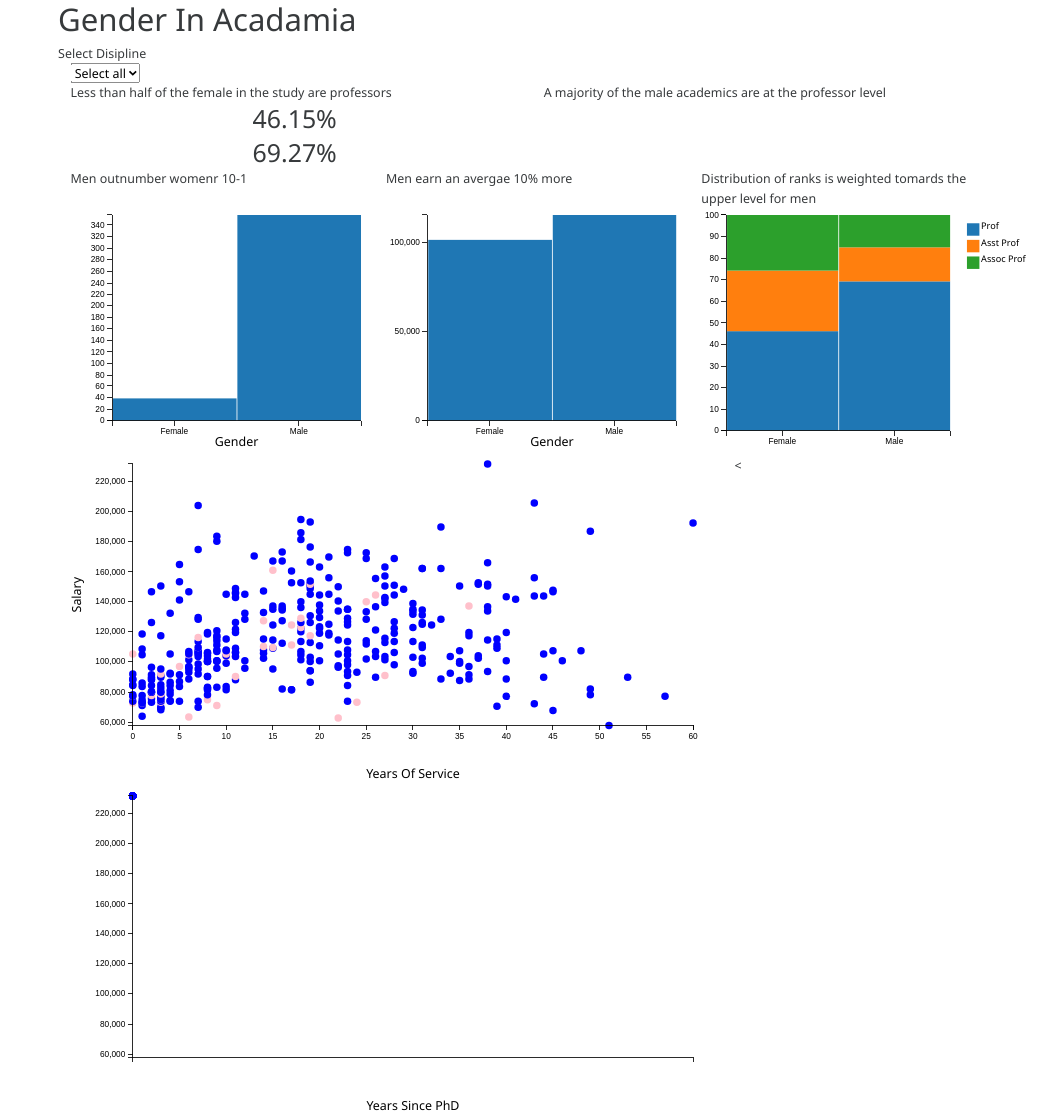
Repository: Angie55/dashboard-mini-project
Page: index.html
The author's editor kept a record of every edit. The page is drawn from the files as they stood at one moment, then again after the next edit.
The browser window is 1280 px wide. The pictures show the whole page, at 83% of full size.

Above is the page before.

### index.html
<!DOCTYPE html>
<html lang="en">
<head>
    <meta charset="UTF-8">
    <meta name="viewport" content="width=device-width, initial-scale=1.0">
    <meta http-equiv="X-UA-Compatible" content="ie=edge">
    <title>Gender In Academia</title>

    <link rel="stylesheet" href="static/css/bootstrap.min.css" type="text/css"/>
    <link rel="stylesheet" href="static/css/dc.min.css" type="text/css"/>
    <link rel="stylesheet" href="static/css/style.css" type="text/css"/>

    <script type="text/javascript" src="static/js/d3.min.js"></script>
    <script type="text/javascript" src="static/js/crossfilter.min.js"></script>
    <script type="text/javascript" src="static/js/dc.min.js"></script>
    <script type="text/javascript" src="static/js/queue.min.js"></script>
    <script type="text/javascript" src="static/js/graph.js"></script>
</head>
<body>
    <div class="container">

        <div class="row">
            <h1>Gender In Acadamia</h1>
        </div>

        <div class="row">
            <div class="col-md-offset-5">Select Disipline</div>
        </div>

        <div class="row">
            <div class="col-md-offset-5" id="discipline-selector"></div>
        </div>

        <div class="row">
            <div class="col-md-6">Less than half of the female in the study are professors</div>
            <div class="col-md-6">A majority of the male academics are at the professor level</div>
        </div>

        <div class="row">
            <div class="col-md-6 number-box " id="percent-of-women-professors"></div>
            <div class="col-md-6 number-box" id="percent-of-men-professors"></div>
        </div>

        <div class="row">
            <div class="col-md-4">Men outnumber womenr 10-1</div>
            <div class="col-md-4">Men earn an avergae 10% more</div>
            <div class="col-md-4">Distribution of ranks is weighted tomards the upper level for men</div>
        </div>

        <div class="row">
            <div class="col-md-4" id="gender-balance"></div>
            <div class="col-md-4" id="average-salary"></div>
            <div class="col-md-4" id="ranking-distribution"></div>
        </div>


        <div><
        <div id="service-salary"></div>
        </div>
        <div id="phd-salary"></div>

    </div>

</body>
</html>

### static/css/style.css
.number-box {
    font-size: 64px;
    text-align: center;
    line-height: normal;
}

.navbar-default {
	background-image: none;
	margin-bottom: 0;
}

.section-heading, #discipline-selector {
	display: inline-block;
	float: none;
	margin: 0;
}

.section-heading {
	margin-bottom: 50px;
}

#discipline-selector {
	margin-left: 15px;
}

.number-box {
	margin-right: 75px;
}

.number-box, .fa.fa-gender {
    font-size: 30px;
    font-weight: 500;
}

.fa-gender {
	margin-right: 10px;
}

.custom-chart {
	margin-bottom: 40px;
}

.section {
	border-bottom: 1px solid #e6e6e6;
	padding: 30px 0;
}

.section-paragraph {
	line-height: 1.2;
}

### static/js/graph.js
queue()
    .defer(d3.csv, 'data/Salaries.csv')
    .await(makeGraphs);

function makeGraphs(error, salaryData) {
    var ndx = crossfilter(salaryData);

    salaryData.forEach(function(d){
        d.salary = parseInt(d.salary);
        d.yrs_service = parseInt(d["yrs.since.phd"]);
        d.yrs_service = parseInt(d["yrs.service"]);
    });

    show_discipline_selector(ndx);

    show_percent_that_are_professors(ndx, "Female", "#percent-of-women-professors");
    show_percent_that_are_professors(ndx, "Male", "#percent-of-men-professors");

    show_gender_balance(ndx);
    show_average_salary(ndx);
    show_rank_distribution(ndx);

    show_service_to_salary_correlation(ndx);
    show_phd_to_salary_correlation(ndx);

    dc.renderAll();
}

function show_discipline_selector(ndx){
    var dim = ndx.dimension(dc.pluck('discipline'));
    var group = dim.group();

    dc.selectMenu('#discipline-selector')
    .dimension(dim)
    .group(group);
}


function show_percent_that_are_professors(ndx, gender, element) {
    var percentageThatAreProf = ndx.groupAll().reduce (
        function(p, v) {
            if (v.sex === gender) {
                p.count++;
                if (v.rank === 'Prof') {
                    p.are_prof++;
                }
            }
            return p;
        },
        function(p, v) {
            if (v.sex === gender) {
                p.count--;
                if (v.rank === "Prof") {
                    p.are_prof--;
                }
            }
            return p;
        },
        function () {
            return {count: 0, are_prof: 0}
        }
    );

    dc.numberDisplay(element)
    .formatNumber(d3.format('.2%'))
    .valueAccessor(function (d) {
            if (d.count == 0) {
                return 0;
            } else {
                return (d.are_prof / d.count);
            }
        })
        .group(percentageThatAreProf)
}


function show_gender_balance(ndx) {
    var dim = ndx.dimension(dc.pluck('sex'));
    var group = dim.group();

    dc.barChart('#gender-balance')
    .width(400)
    .height(300)
    .margins({top: 10, right: 50, bottom: 30, left: 50})
    .dimension(dim)
    .group(group)
    .transitionDuration(500)
    .x(d3.scale.ordinal())
    .xUnits(dc.units.ordinal)
    .xAxisLabel('Gender')
    .yAxis().ticks(20);
}

function show_average_salary(ndx) {
    var dim = ndx.dimension(dc.pluck('sex'));

    function add_item(p, v) {
        p.count++;
        p.total += v.salary;
        p.average = p.total / p.count;
        return p;
    }

    function remove_item(p, v) {
        p.count--;
        if(p.count == 0) {
            p.total = 0;
            p.average = 0;
        } else {
        p.total -= v.salary;
        p.average = p.total / p.count;
        }
        return p;
    }

    function initialise() {
        return {count: 0, total: 0, average: 0}
    }

    var averageSalaryByGender = dim.group().reduce(add_item, remove_item, initialise);

    dc.barChart('#average-salary')
    .width(400)
    .height(300)
    .margins({top: 10, right: 50, bottom: 30, left: 50})
    .dimension(dim)
    .group(averageSalaryByGender)
    .valueAccessor(function(d) {
        return d.value.average.toFixed(2);
    })
    .transitionDuration(500)
    .x(d3.scale.ordinal())
    .xUnits(dc.units.ordinal)
    .elasticY(true)
    .xAxisLabel('Gender')
    .yAxis().ticks(4);

}

function show_rank_distribution(ndx) {

  function rankByGender(dimension, rank) {
      return dimension.group().reduce(
    function(p, v) {
        p.total++;
        if(v.rank == rank) {
            p.match++;
        }
        return p;
    },
    function(p, v) {
        p.total--;
        if(v.rank == rank) {
            p.match--;
        }
        return p;
    },
    function () {
        return {total: 0, match: 0}
    }
  );
 }


  var dim = ndx.dimension(dc.pluck('sex'));
  var profByGender = rankByGender(dim, 'Prof');
  var asstProfByGender = rankByGender(dim, 'AsstProf');
  var assocProfByGender = rankByGender(dim, 'AssocProf');

  dc.barChart('#ranking-distribution')
    .width(400)
    .height(300)
    .dimension(dim)
    .group(profByGender, 'Prof')
    .stack(asstProfByGender, 'Asst Prof')
    .stack(assocProfByGender, 'Assoc Prof')
    .valueAccessor(function(d) {
        if(d.value.total > 0) {
         return (d.value.match / d.value.total) * 100;
    } else {
        return 0;
       }
    })
    .x(d3.scale.ordinal())
    .xUnits(dc.units.ordinal)
    .legend(dc.legend().x(320).y(20).itemHeight(15).gap(5))
    .margins({top: 10, right: 100, bottom: 30, left: 30});
}

function show_service_to_salary_correlation(ndx) {

    var genderColors = d3.scale.ordinal()
    .domain(['Female', 'Male'])
    .range(['pink', 'blue']);

    var eDim = ndx.dimension(dc.pluck("yrs_service"));
    var experienceDim = ndx.dimension(function(d) {
        return [d.yrs_service, d.salary, d.rank, d.sex];
    });
    var experienceSalaryGroup = experienceDim.group();

    var minExperience = eDim.bottom(1)[0].yrs_service;
    var maxExperience = eDim.top(1)[0].yrs_service;

    dc.scatterPlot("#service-salary")
        .width(800)
        .height(400)
        .x(d3.scale.linear().domain([minExperience, maxExperience]))
        .brushOn(false)
        .symbolSize(8)
        .clipPadding(10)
        .yAxisLabel("Salary")
        .xAxisLabel("Years Of Service")
        .title(function(d) {
            return d.key[2] + " earned " + d.key[1];
        })
        .colorAccessor(function(d) {
            return d.key[3];
        })
        .colors(genderColors)
        .dimension(experienceDim)
        .group(experienceSalaryGroup)
        .margins({top: 10, right: 50, bottom: 75, left: 75});
}

function show_phd_to_salary_correlation(ndx) {

    var genderColors = d3.scale.ordinal()
        .domain(["Female", "Male"])
        .range(["pink", "blue"]);

    var pDim = ndx.dimension(dc.pluck("yrs_since_phd"));
    var phdDim = ndx.dimension(function(d) {
       return [d.yrs_since_phd, d.salary, d.rank, d.sex];
    });
    var phdSalaryGroup = phdDim.group();

    var minPhd = pDim.bottom(1)[0].yrs_since_phd;
    var maxPhd = pDim.top(1)[0].yrs_since_phd;

    dc.scatterPlot("#phd-salary")
        .width(800)
        .height(400)
        .x(d3.scale.linear().domain([minPhd, maxPhd]))
        .brushOn(false)
        .symbolSize(8)
        .clipPadding(10)
        .xAxisLabel("Years Since PhD")
        .title(function(d) {
            return d.key[2] + " earned " + d.key[1];
        })
        .colorAccessor(function (d) {
            return d.key[3];
        })
        .colors(genderColors)
        .dimension(phdDim)
        .group(phdSalaryGroup)
        .margins({top: 10, right: 50, bottom: 75, left: 75});
}

Loaded but not shown: static/css/bootstrap.min.css (library); static/css/dc.min.css (library); static/js/d3.min.js (library); static/js/crossfilter.min.js (library); static/js/dc.min.js (library); static/js/queue.min.js (common file)

After the next edit:
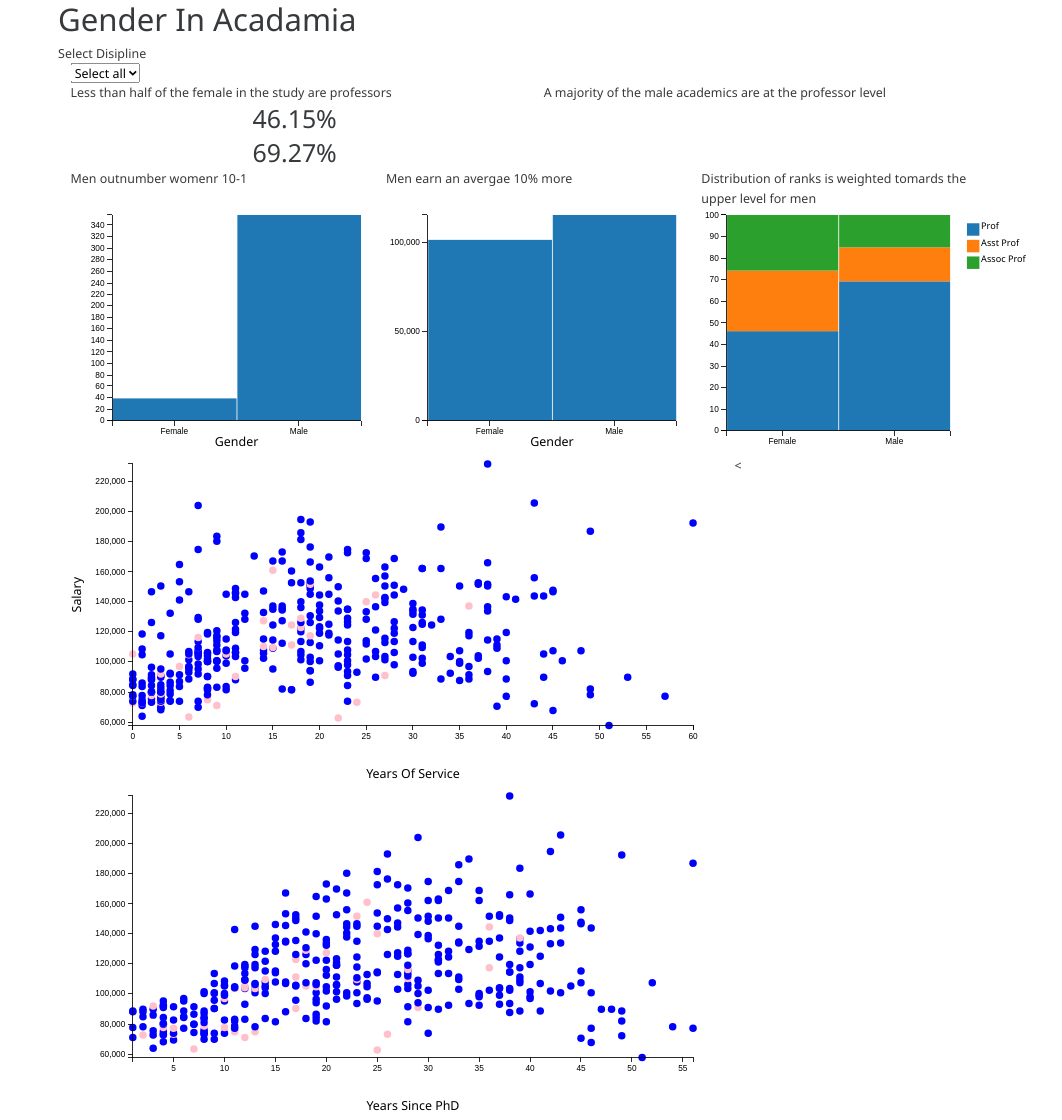
The edit:
--- a/static/js/graph.js
+++ b/static/js/graph.js
@@ -7,7 +7,7 @@
 
     salaryData.forEach(function(d){
         d.salary = parseInt(d.salary);
-        d.yrs_service = parseInt(d["yrs.since.phd"]);
+        d.yrs_since_phd = parseInt(d["yrs.since.phd"]);
         d.yrs_service = parseInt(d["yrs.service"]);
     });
 
